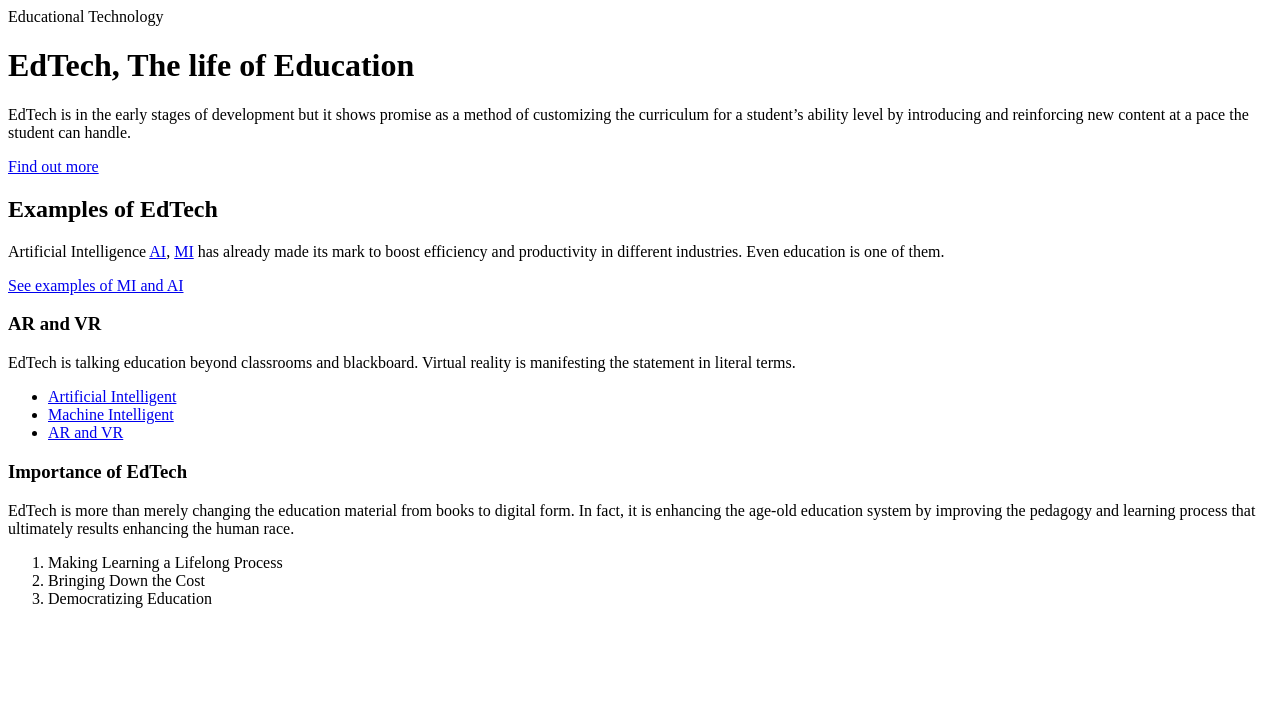
Repository: tunmishyi/edtech
Page: index.html
An editor plug-in stored every save of this project. The page is shown before and after the next save, followed by the edit.
The browser window is 1280 px wide. The pictures show the whole page.

Above is the page before, as saved 2020-06-06 17:12:06.

After the next save:
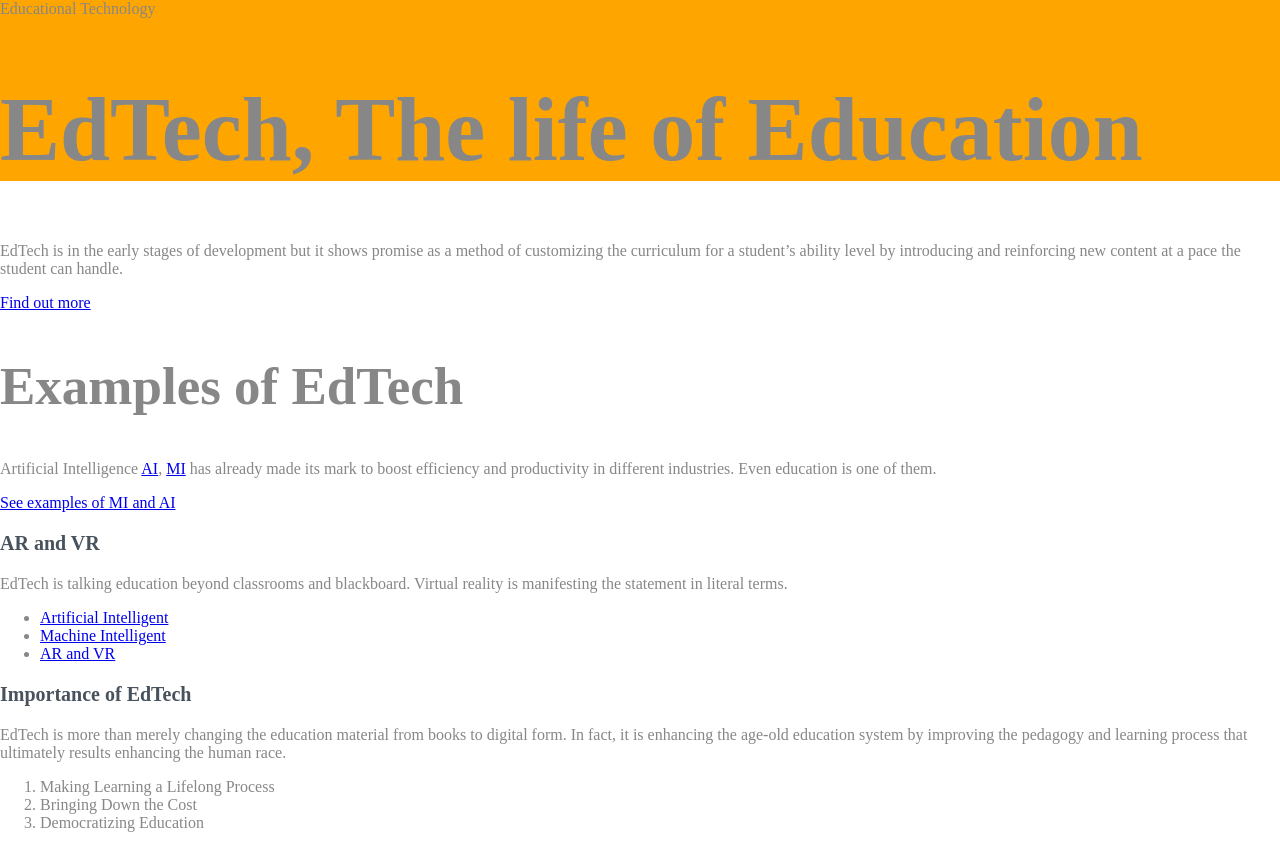
Saved 27 s later.
--- a/index.html
+++ b/index.html
@@ -1,7 +1,7 @@
 <html>
 	<head>
 		<title>EdTech</title>
-		<link rel="stylesheet" href="">
+		<link rel="stylesheet" href="/home/peterolayinka/Documents/archive/tutorial/jumoke/css/style.css">
 	</head>
 	<body>
 		<header>
